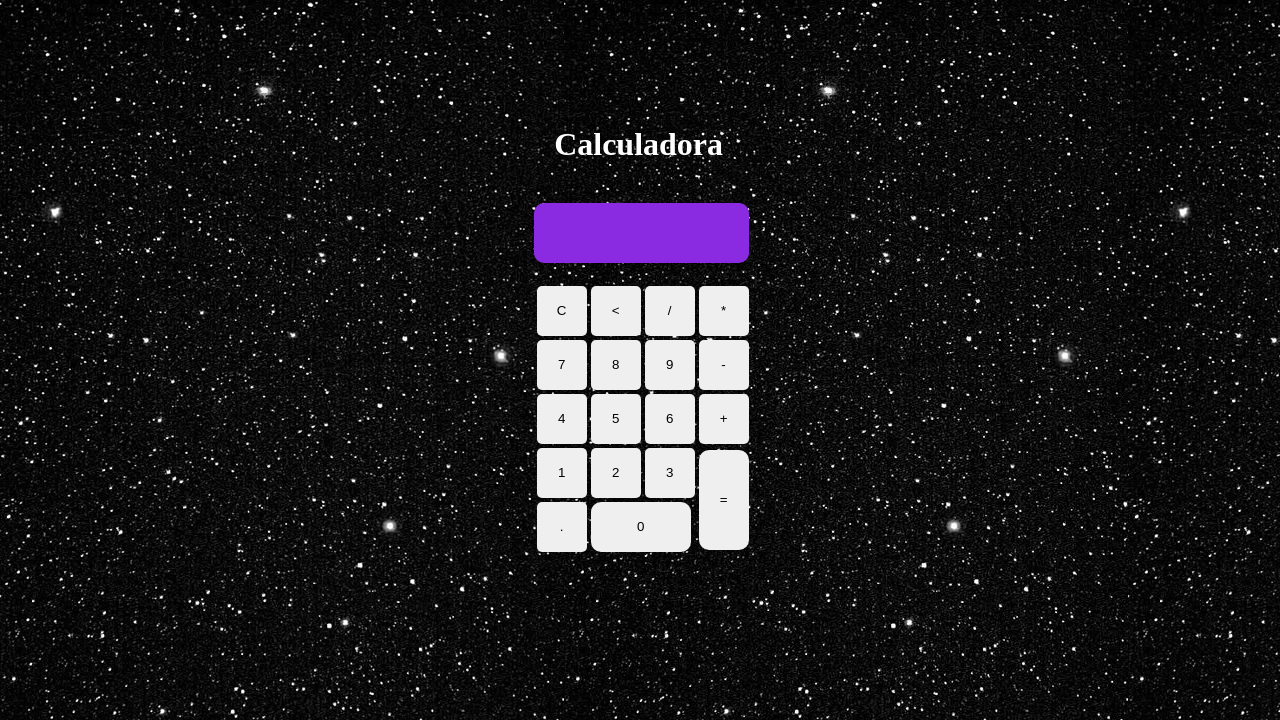
Repository: mariele-huff/calculadora
Page: index.html
These files come from the project's save history. The page is drawn as it stood at one moment and after the next save; the edit follows.
The browser window is 1280 px wide. The pictures show the whole page.

Above is the page before, as saved 2022-08-14 12:43:35.

After the next save:
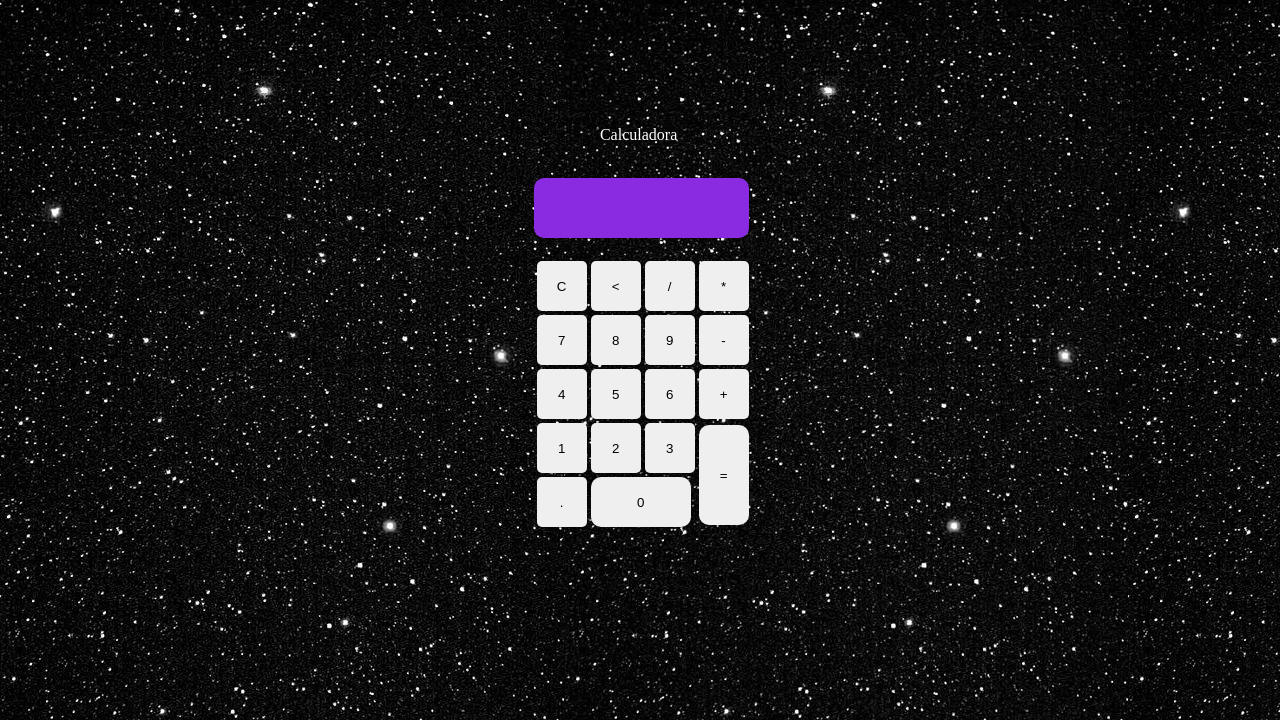
Saved 34 s later.
--- a/index.html
+++ b/index.html
@@ -16,7 +16,7 @@
 
     <div class="frase"></div>
     <div class="calculadora">
-        <h1 class="titulo">Calculadora</h1>
+        <p class="titulo">Calculadora</p>
     </br>
         <div id="resultado"></div>
         <table>
